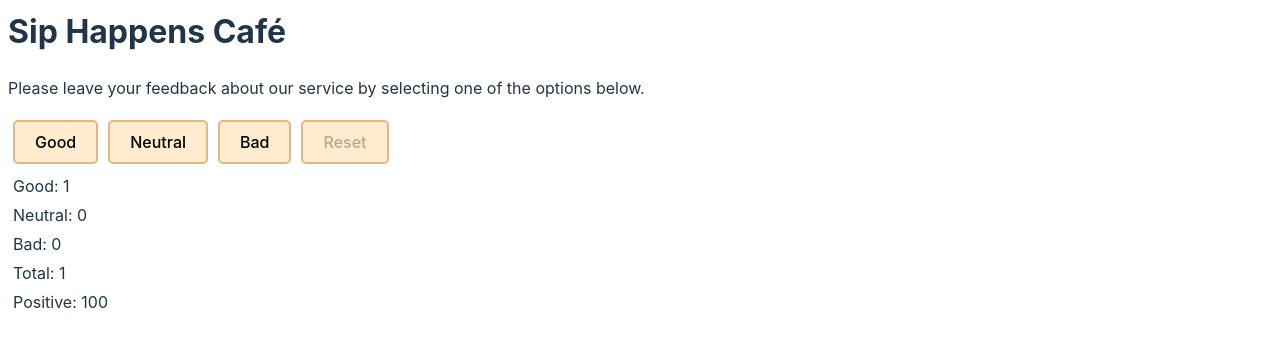
Repository: Evgeniya-Tishakova/goit-react-hw-02
Page: /, after clicking the first element matching `button.Options_0ac3a_button`
These files come from the project's save history. The page is drawn as it stood at one moment and after the next save; the edit follows.
The browser window is 1280 px wide. The pictures show the whole page.
The project was rebuilt for these pictures with package versions that can differ from the ones it lists, and the page was loaded fresh each time. Also part of the build but not shown: vite.config.js, src/components/Notification/Notification.jsx.

Above is the page before, as saved 2025-02-28 20:01:21.

### src/index.css
body {
  font-family: Inter, sans-serif;
  line-height: 1.5;
  font-weight: 400;
}

h1,
h2,
p {
  margin: 0;
}

ul,
ol {
  margin: 0;
  padding: 0;
}

img {
  display: block;
  max-width: 100%;
}

button {
  border-radius: 8px;
  border: 1px solid transparent;
  padding: 0.6em 1.2em;
  font-size: 1em;
  font-weight: 500;
  font-family: inherit;
  background-color: #fff;
  cursor: pointer;
  transition: border-color 0.25s;
}

button:hover {
  border-color: #646cff;
}

button:focus,
button:focus-visible {
  outline: 4px auto -webkit-focus-ring-color;
}

@media (prefers-color-scheme: light) {
  :root {
    color: #213547;
    background-color: #ffffff;
  }

  a:hover {
    color: #747bff;
  }

  button {
    /* background-color: #f9f9f9; */
  }
}

### src/components/App/App.jsx
import { useEffect, useState } from "react";

import Feedback from "../Feedback/Feedback.jsx";
import Options from "../Options/Options.jsx";
import Description from "../Description/Description.jsx";
import Notification from "../Notification/Notification.jsx";

export default function App() {
  const [rewiewType, setRewiewType] = useState(() => ({
    good: 0,
    neutral: 0,
    bad: 0,
  }));

  // const saveRewiew = localStorage.getItem("current-effect");

  // if (saveRewiew != null) {
  //   return JSON.parse(saveRewiew);
  // }

  const totalFeedback = rewiewType.good + rewiewType.neutral + rewiewType.bad;

  const positiveFeedback = Math.round((rewiewType.good / totalFeedback) * 100);

  const hasFeedback = totalFeedback > 0;

  useEffect(() => {
    localStorage.setItem("current-effect", JSON.stringify(rewiewType));
  });

  const updateFeedback = (feedbackType) => {
    setRewiewType({
      ...rewiewType,
      [feedbackType]: rewiewType[feedbackType] + 1,
    });
  };

  const resetFeedback = () => {
    setRewiewType({
      good: 0,
      neutral: 0,
      bad: 0,
    });
  };
  return (
    <>
      <Description />
      <Options
        updateFeedback={updateFeedback}
        resetFeedback={resetFeedback}
        isShown={totalFeedback > 0}
      />
      <Feedback
        rewiewType={rewiewType}
        totalFeedback={totalFeedback}
        positiveFeedback={positiveFeedback}
        hasFeedback={hasFeedback}
      />
      {totalFeedback < 0 && <Notification />}
    </>
  );
}

### src/components/Feedback/Feedback.jsx
import css from "./Feedback.module.css";

export default function Feedback({
  rewiewType: { good, neutral, bad },
  totalFeedback,
  positiveFeedback,
}) {
  return (
    <div>
      <p className={css.descr}>Good: {good}</p>
      <p className={css.descr}>Neutral: {neutral}</p>
      <p className={css.descr}>Bad: {bad}</p>
      <p className={css.descr}>Total: {totalFeedback}</p>
      <p className={css.descr}>Positive: {positiveFeedback}</p>
    </div>
  );
}

### src/components/Options/Options.jsx
import css from "./Options.module.css";

export default function Options({
  updateFeedback,
  resetFeedback,
  isShown,
  hasFeedback,
}) {
  return (
    <div>
      <button className={css.button} onClick={() => updateFeedback("good")}>
        Good
      </button>
      <button className={css.button} onClick={() => updateFeedback("neutral")}>
        Neutral
      </button>
      <button className={css.button} onClick={() => updateFeedback("bad")}>
        Bad
      </button>
      {isShown && (
        <button
          className={css.button}
          onClick={resetFeedback}
          disabled={!hasFeedback}
        >
          Reset
        </button>
      )}
      {}
    </div>
  );
}

### src/components/Description/Description.jsx
import css from "./Description.module.css";

export default function Description() {
  return (
    <div>
      <h1 className={css.title}>Sip Happens Café</h1>
      <p className={css.descr}>
        Please leave your feedback about our service by selecting one of the
        options below.
      </p>
    </div>
  );
}

### src/components/Feedback/Feedback.module.css
.descr {
    margin: 5px;
}

### src/components/Options/Options.module.css
.button {
    border: 2px solid burlywood;
    padding: 10px 20px;
    background-color: blanchedalmond;
    margin: 5px;
    border-radius: 5px;
    cursor: pointer;
}

button:hover {
    background-color: skyblue;
}

button:active {
    background-color: aqua;
}

### src/components/Description/Description.module.css
.title {
    margin-bottom: 20px;
}

.descr {
    margin-bottom: 15px;
}

Loaded but not shown: index.html (common file); src/main.jsx (common file)

After the next save:
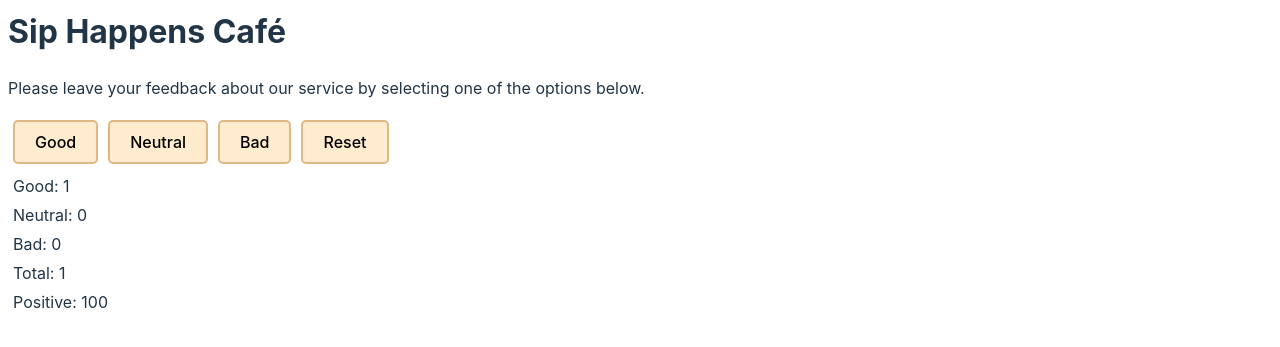
Saved 59 s later.
--- a/src/components/Options/Options.jsx
+++ b/src/components/Options/Options.jsx
@@ -18,11 +18,7 @@ export default function Options({
         Bad
       </button>
       {isShown && (
-        <button
-          className={css.button}
-          onClick={resetFeedback}
-          disabled={!hasFeedback}
-        >
+        <button className={css.button} onClick={resetFeedback}>
           Reset
         </button>
       )}
